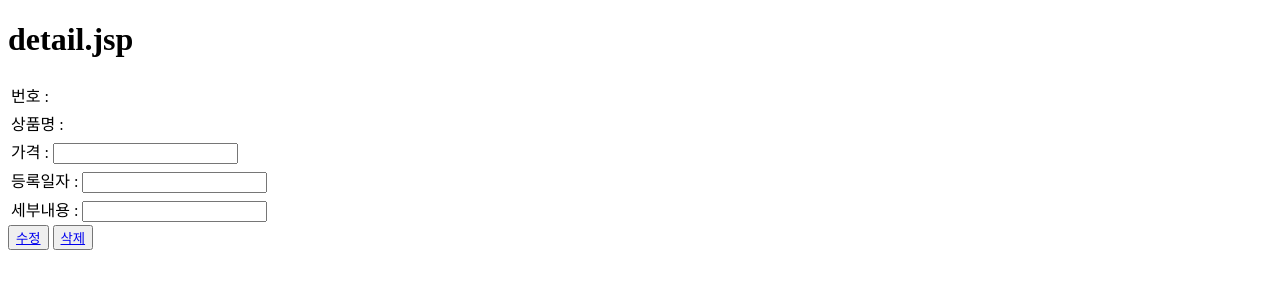
Repository: yangone8249/jsp_project
Page: http://localhost/jsp_study/detail.jsp
The author's editor kept a copy of each file at every save. The page is drawn from the files as they stood at one save, then again after the next save.
The browser window is 1280 px wide. The pictures show the whole page.
The page is served by Tomcat 9. Other server files are loaded and not shown.

Above is the page before, as saved 2023-05-11 05:37:51.

### jsp_project1/jsp_study/src/main/webapp/detail.jsp
<%@ page language="java" contentType="text/html; charset=UTF-8"
    pageEncoding="UTF-8"%>
<!DOCTYPE html>
<html>
<head>
<meta charset="UTF-8">
<title>제품 상세 페이지</title>
</head>
<body>
	<h1>detail.jsp</h1>

	<table>
		<tr>
			<td>
				번호 : ${param.pno }
			</td>
		</tr>
		<tr>
			<td>
				상품명 :
			</td>
		</tr>
		<tr>
			<td>
				가격 : <input type="text" name="price">
			</td>
		</tr>
		<tr>
			<td>
				등록일자 : <input type="text" name="regdate">
			</td>
		</tr>
		<tr>
			<td>
				세부내용 : <input type="text" name="madeby">
			</td>
		</tr>
	</table>
	<button type="button"><a href="/modify.pd">수정</a></button>
	<button type="button"><a href="/modify.pd">삭제</a></button>
</body>
</html>

After the next save:
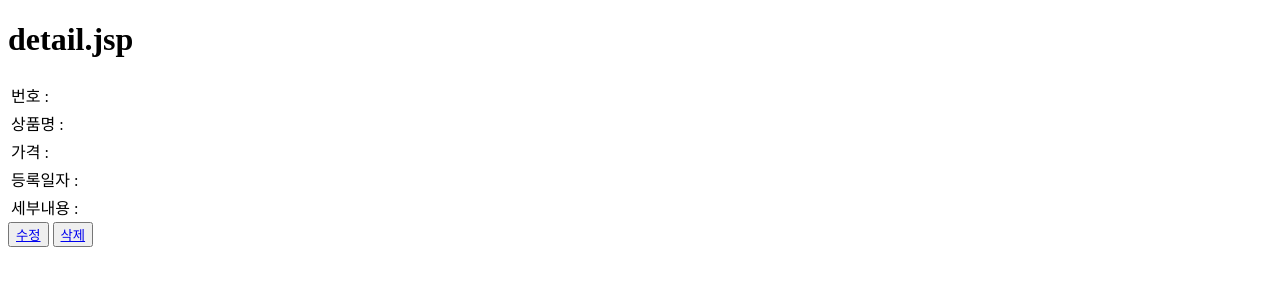
Saved 36 s later.
--- a/jsp_project1/jsp_study/src/main/webapp/detail.jsp
+++ b/jsp_project1/jsp_study/src/main/webapp/detail.jsp
@@ -17,22 +17,22 @@
 		</tr>
 		<tr>
 			<td>
-				상품명 :
+				상품명 : ${param.pname }
 			</td>
 		</tr>
 		<tr>
 			<td>
-				가격 : <input type="text" name="price">
+				가격 : ${param.price }
 			</td>
 		</tr>
 		<tr>
 			<td>
-				등록일자 : <input type="text" name="regdate">
+				등록일자 : ${param.regdate }
 			</td>
 		</tr>
 		<tr>
 			<td>
-				세부내용 : <input type="text" name="madeby">
+				세부내용 : ${param.madeby}
 			</td>
 		</tr>
 	</table>
